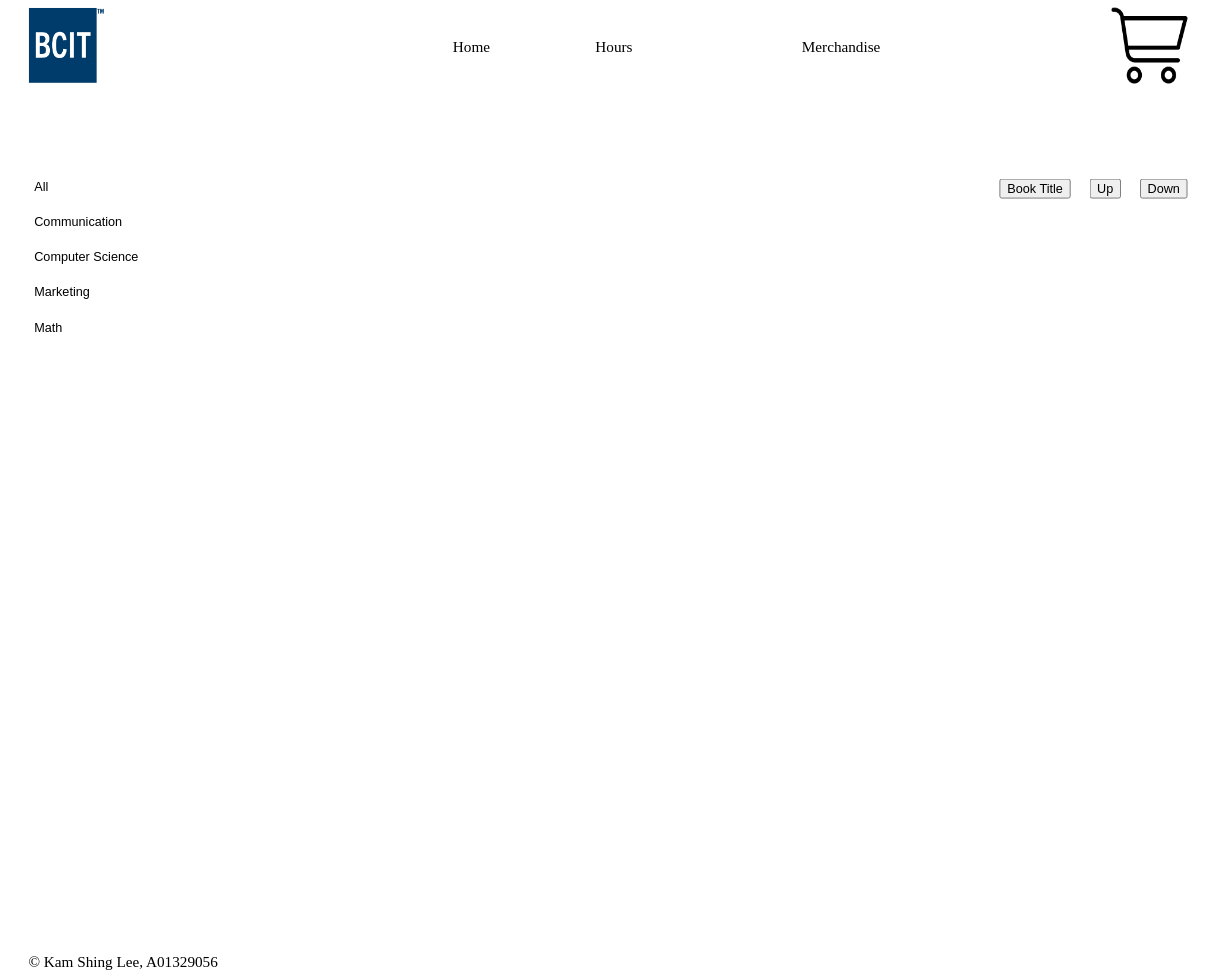
Repository: klee616/assessment3
Page: /
An editor plug-in stored every save of this project. The page is shown before and after the next save, followed by the edit.
The browser window is 1280 px wide. The pictures show the whole page, at 95% of full size.
The project was rebuilt for these pictures with package versions that can differ from the ones it lists, and the page was loaded fresh each time. The framework's server and built-in components were replaced by stand-ins that run in the browser. Also part of the build but not shown: next.config.mjs, components/Product/Product.module.css, components/Product/index.js.

Above is the page before, as saved 2024-02-07 17:20:26.

### pages/index.js
import Head from "next/head";
import { Inter } from "next/font/google";
import styles from "@/styles/Home.module.css";
import layout from "@/styles/layout.module.css"
import Header from "@/components/Header";
import Footer from "@/components/Footer";
import Button from "@/components/Button";
import { useState } from "react";
import books from "@/data/books.json"
import Product from "@/components/Product";


const inter = Inter({ subsets: ["latin"] });

export default function Home() {
  const [data, setItem] = useState([...books]);

  const [cate, setCate] = useState("");

  let categorys = data.map(product => product.category);

  categorys = categorys.filter((value, index) => categorys.indexOf(value) === index);
  categorys.sort();

  console.log();


return (
  <>
    <Head>
      <title>BCIT Book Store</title>
      <meta name="description" content="All online pick-up orders are available at the Burnaby Campus Bookstore (SE2). Please allow 2-3 business days for order processing." />
      <meta name="viewport" content="width=device-width, initial-scale=1" />
      <link rel="icon" href="/favicon.ico" />
    </Head>

    <Header />
    <main className={`${styles.main} ${inter.className}`}>
      <div className={`${layout['row']}`}>
        <div className={`${layout['col-lg-4']} ${layout['col-md-4']} ${layout['col-lg-4']}}`}>
          <div className={styles['aside-containera']}>
            <button  className={styles['aside-btn']} onClick={()=>setCate("all")} >All</button>
            {
              categorys && categorys.map((cate, index) => {
                return (
                  <>
                    <button key={index} className={styles['aside-btn']} onClick={()=>setCate(cate)}>{cate}</button>
                  </>
                )
              })
            }
          </div>
        </div>
        <div className={`${layout['col-lg-8']} ${layout['col-md-8']} ${layout['col-lg-8']}}`}>
          <div className={styles['main-content-containera']}>
            <div className={styles['top-menu']}>
              <Button name="Book Title" />
              <Button name="Up" />
              <Button name="Down" />
            </div>
            {
              data && data.filter((product) => (product.category == cate || cate == "all")).map((product, index) => {
                  return (
                    <>
                      <Product
                        index={index}
                        code={product.course}
                        img={product.image}
                        bookName={product.title}
                      />
                    </>
                  )
              })
            }
          </div>
        </div>
      </div>
    </main>
    <Footer />
  </>
);
}

### styles/globals.css
:root {
  --background-color: #fff;
  --highlight: #FFF400;
  --blue: #003C71;
  --white-text: #fff;
  --product-background: rgb(245, 245, 245);
}

a{
  color: inherit;
  text-decoration: none;
}

### styles/Home.module.css
.main {
  display: flex;
  flex-direction: column;
  justify-content: space-between;
  align-items: center;
  padding: 6rem;
  min-height: 100vh;
}

.aside-containera {
  display: flex;
  flex-direction: column;
  flex-wrap: nowrap;
  row-gap: 20px;
}

.main-content-containera {
  display: flex;
  flex-direction: row;
  flex-wrap: wrap;
  gap: 20px;
}

.top-menu {
  display: flex;
  flex-direction: row;
  flex-wrap: nowrap;
  justify-content: right;
  column-gap: 20px;
  width: 100%;

}
.aside-btn{
cursor: pointer;
  text-align: left;
  border: none;
  background: none;
}

.aside-btn:hover{
  text-decoration: underline;
}

### styles/layout.module.css

.row {
    display: flex;
    flex-direction: row;
    flex-wrap: wrap;
    justify-content: left;
    align-items: stretch;
  }

  .col-lg-12, .col-md-12, .col-sm-12{
      flex: 0 0 12;
      width: calc(100% / 12 * 12);
  }

  .col-lg-11, .col-md-11, .col-sm-11{
      flex: 0 0 11;
      width: calc(100% / 12 * 11);
  }

  .col-lg-10, .col-md-10, .col-sm-10{
      flex: 0 0 10;
      width: calc(100% / 12 * 10);
  }

  .col-lg-9, .col-md-9, .col-sm-9{
      flex: 0 0 9;
      width: calc(100% / 12 * 9);
  }

  .col-lg-8, .col-md-8, .col-sm-8{
      flex: 0 0 8;
      width: calc(100% / 12 * 8);
  }

  .col-lg-7, .col-md-7, .col-sm-7{
      flex: 0 0 7;
      width: calc(100% / 12 * 7);
  }

  .col-lg-6, .col-md-6, .col-sm-6{
      flex: 0 0 6;
      width: calc(100% / 12 * 6);
  }

  .col-lg-5, .col-md-5, .col-sm-5{
      flex: 0 0 5;
      width: calc(100% / 12 * 5);
  }

  .col-lg-4, .col-md-4, .col-sm-4{
      flex: 0 0 4;
      width: calc(100% / 12 * 4);
  }

  .col-lg-3, .col-md-3, .col-sm-3{
      flex: 0 0 3;
      width: calc(100% / 12 * 3);
  }

  .col-lg-2, .col-md-2, .col-sm-2{
      flex: 0 0 2;
      width: calc(100% / 12 * 2);
  }

  .col-lg-1, .col-md-1, .col-sm-1{
      flex: 0 0 1;
      width: calc(100% / 12 * 1);
  }

  .text-align-right{
    text-align: right;
  }

  @media (min-width: 1221px ) {
    /* lg*/

    .row {
      max-width: 1220px;
      width: 100vw;
    }

    .row-wider{
      width: 992px;
    }


    .col-lg-12 {
      flex: 0 0 12;
      width: calc(100% / 12 * 12);
    }

    .col-lg-11 {
      flex: 0 0 11;
      width: calc(100% / 12 * 12);
    }

    .col-lg-10 {
      flex: 0 0 10;
      width: calc(100% / 12 * 10);
    }

    .col-lg-9 {
      flex: 0 0 9;
      width: calc(100% / 12 * 9);
    }

    .col-lg-8 {
      flex: 0 0 8;
      width: calc(100% / 12 * 8);
    }

    .col-lg-7 {
      flex: 0 0 7;
      width: calc(100% / 12 * 7);
    }

    .col-lg-6 {
      flex: 0 0 6;
      width: calc(100% / 12 * 6);
    }

    .col-lg-5 {
      flex: 0 0 5;
      width: calc(100% / 12 * 5);
    }

    .col-lg-4 {
      flex: 0 0 4;
      width: calc(100% / 12 * 4);
    }

    .col-lg-3 {
      flex: 0 0 3;
      width: calc(100% / 12 * 3);
    }

    .col-lg-2 {
      flex: 0 0 2;
      width: calc(100% / 12 * 2);
    }

    .col-lg-1 {
      flex: 0 0 1;
      width: calc(100% / 12 * 1);
    }

    .lg-hidden{
      display: none;;
    }
  }


  @media (max-width:1220px) and (min-width:701px) {
    /* md*/

    .row {
        max-width: 1440px;
        width: 100vw;

    }



    .col-md-12 {
      flex: 0 0 12;
      width: calc(100% / 12 * 12);
    }

    .col-md-11 {
      flex: 0 0 11;
      width: calc(100% / 12 * 12);
    }

    .col-md-10 {
      flex: 0 0 10;
      width: calc(100% / 12 * 10);
    }

    .col-md-9 {
      flex: 0 0 9;
      width: calc(100% / 12 * 9);
    }

    .col-md-8 {
      flex: 0 0 8;
      width: calc(100% / 12 * 8);
    }

    .col-md-7 {
      flex: 0 0 7;
      width: calc(100% / 12 * 7);
    }

    .col-md-6 {
      flex: 0 0 6;
      width: calc(100% / 12 * 6);
    }

    .col-md-5 {
      flex: 0 0 5;
      width: calc(100% / 12 * 5);
    }

    .col-md-4 {
      flex: 0 0 4;
      width: calc(100% / 12 * 4);
    }

    .col-md-3 {
      flex: 0 0 3;
      width: calc(100% / 12 * 3);
    }

    .col-md-2 {
      flex: 0 0 2;
      width: calc(100% / 12 * 2);
    }

    .col-md-1 {
      flex: 0 0 1;
      width: calc(100% / 12 * 1);
    }


    .md-hidden{
      display: none;;
    }
  }


  @media (max-width:700px) {
    /* sm*/

    .row {
        max-width: 640;
        width: 100vw;

    }


    .col-sm-12 {
      flex: 0 0 12;
      width: calc(100% / 12 * 12);
    }

    .col-sm-11 {
      flex: 0 0 11;
      width: calc(100% / 12 * 12);
    }

    .col-sm-10 {
      flex: 0 0 10;
      width: calc(100% / 12 * 10);
    }

    .col-sm-9 {
      flex: 0 0 9;
      width: calc(100% / 12 * 9);
    }

    .col-sm-8 {
      flex: 0 0 8;
      width: calc(100% / 12 * 8);
    }

    .col-sm-7 {
      flex: 0 0 7;
      width: calc(100% / 12 * 7);
    }

    .col-sm-6 {
      flex: 0 0 6;
      width: calc(100% / 12 * 6);
    }

    .col-sm-5 {
      flex: 0 0 5;
      width: calc(100% / 12 * 5);
    }

    .col-sm-4 {
      flex: 0 0 4;
      width: calc(100% / 12 * 4);
    }

    .col-sm-3 {
      flex: 0 0 3;
      width: calc(100% / 12 * 3);
    }

    .col-sm-2 {
      flex: 0 0 2;
      width: calc(100% / 12 * 2);
    }

    .col-sm-1 {
      flex: 0 0 1;
      width: calc(100% / 12 * 1);
    }

    .sm-hidden{
      display: none;
    }
  }

### components/Header/index.js
import styles from './Header.module.css'
import layout from '@/styles/Layout.module.css'
import Image from 'next/image'
import Link from 'next/link'

export default function Header() {
    return (
        <>
            <header className={`${styles['page-header']}`}>
                <div className={`${layout.row}`}>
                    <div className={`${layout['col-lg-4']} ${layout['col-md-4']} ${layout['col-sm-4']}`}>
                        <Image
                            src="/images/bcit_logo.png"
                            width={80}
                            alt='Logo'
                            height={80} />
                    </div>
                    <div className={`${layout['col-lg-8']} ${layout['col-md-8']} ${layout['col-sm-8']}`}>
                        <div className={styles['menu-container']}>
                            <ul className={styles['menu-list']}>
                                <li className={styles['menu-item']}>
                                    <Link href='/'>Home</Link>
                                </li>
                                <li className={styles['menu-item']}>
                                    <Link href='/'>Hours</Link>
                                </li>
                                <li className={styles['menu-item']}>
                                    <Link href='/'>Merchandise</Link>
                                </li>
                            </ul>

                            <Link href='/'>
                                <Image
                                    src="/images/shopping.png"
                                    width={80}
                                    height={80}
                                    alt="Shopping Icon"/>
                            </Link>
                        </div>
                    </div>
                </div>
            </header>
        </>
    )
}

### components/Footer/index.js
import styles from './Footer.module.css'
import layout from '@/styles/Layout.module.css'

export default function Footer(){
    return (
        <>
        <footer className={styles['page-footer']}>
            <div className={`${layout['row']}`}>
<div className={`${layout['col-lg-12']} ${layout['col-md-12']} ${layout['col-sm-12']}`}>
    &copy; Kam Shing Lee, A01329056
</div>
</div>
        </footer>
        </>
    )
}

### components/Button/index.js
import styles from './Button.module.css'

export default function Button(
   { name='Button'}
){
    return (
        <>
        <button>{name}</button>
        </>
    )
}

### data/books.json
[
    {
        "course": "MKTG 1102",
        "title": "Marketing: The Core",
        "authors": [
            "Roger Kerin",
            "Steven Hartley",
            "Arsenio Bonifacio",
            "Donna Dumont",
            "Carol Bureau"
        ],
        "edition": 6,
        "image": "marketing-the-core.jpg",
        "category": "Marketing"
    },
    {
        "course": "COMM 1120",
        "title": "Business Communication Essentials",
        "authors": [
            "Courtland Bovee",
            "John Thill"
        ],
        "edition": 5,
        "image": "business-communication-essentials.jpg",
        "category": "Communication"
    },
    {
        "course": "COMM 2003",
        "title": "The Bare Essentials",
        "authors": [
            "Sarah Norton",
            "Brian Green",
            "Greg Holditch"
        ],
        "edition": 10,
        "image": "the-bare-essentials.jpg",
        "category": "Communication"
    },
    {
        "course": "COMP 2121",
        "title": "Discrete Mathematics",
        "authors": [
            "Susanna Epp"
        ],
        "edition": 5,
        "image": "discrete-mathematics-with-applications.jpg",
        "category": "Math"
    },
    {
        "course": "COMP 2511",
        "title": "C How to Program",
        "authors": [
            "Paul Deitel",
            "Harvey Deitel"
        ],
        "edition": 9,
        "image": "c-how-to-program.png",
        "category": "Computer Science"
    },
    {
        "course": "MKTG 3304",
        "title": "International Marketing",
        "authors": [
            "Philip Cateora",
            "Bruce Money",
            "Mary Gilly",
            "John Graham"
        ],
        "edition": 19,
        "image": "international-marketing.jpg",
        "category": "Marketing"
    },
    {
        "course": "COMP 3603",
        "title": "C++: How To Program",
        "authors": [
            "Paul Deitel",
            "Harvey Deitel"
        ],
        "edition": 10,
        "image": "How-to-program.png",
        "category": "Computer Science"
    },
    {
        "course": "COMP 4985",
        "title": "Windows System Programming",
        "authors": [
            "Johnson Hart"
        ],
        "edition": 4,
        "image": "windows-system-programming.jpg",
        "category": "Computer Science"
    },
    {
        "course": "COMM 7005",
        "title": "Computer Networking",
        "authors": [
            "James Kurose",
            "Keith Ross"
        ],
        "edition": 8,
        "image": "computer-networking.jpg",
        "category": "Computer Science"
    }
]

### components/Header/Header.module.css
.page-header{
    display: flex;
    flex-direction: column;
    flex-wrap: nowrap;
    align-items: center;
    justify-content: center;
  }

.menu-container{
    display: flex;
    flex-direction: row;
    flex-wrap: nowrap;
    align-content: center;
    justify-content:space-between;
    align-items: center;
}

.menu-list{
    display: flex;
    flex-direction: row;
    flex-wrap: nowrap;
    align-content: center;
    justify-content:space-around;
    align-items: center;
    list-style: none;
}

.menu-list .menu-item{
    width: 150px;
    text-align: left;
}
.menu-list .menu-item:nth-last-child(1){
    text-align: right;
}
.menu-item a{
display: block;
width: 100%;
}

### styles/Layout.module.css

.row {
    display: flex;
    flex-direction: row;
    flex-wrap: wrap;
    justify-content: left;
    align-items: stretch;
  }

  .col-lg-12, .col-md-12, .col-sm-12{
      flex: 0 0 12;
      width: calc(100% / 12 * 12);
  }

  .col-lg-11, .col-md-11, .col-sm-11{
      flex: 0 0 11;
      width: calc(100% / 12 * 11);
  }

  .col-lg-10, .col-md-10, .col-sm-10{
      flex: 0 0 10;
      width: calc(100% / 12 * 10);
  }

  .col-lg-9, .col-md-9, .col-sm-9{
      flex: 0 0 9;
      width: calc(100% / 12 * 9);
  }

  .col-lg-8, .col-md-8, .col-sm-8{
      flex: 0 0 8;
      width: calc(100% / 12 * 8);
  }

  .col-lg-7, .col-md-7, .col-sm-7{
      flex: 0 0 7;
      width: calc(100% / 12 * 7);
  }

  .col-lg-6, .col-md-6, .col-sm-6{
      flex: 0 0 6;
      width: calc(100% / 12 * 6);
  }

  .col-lg-5, .col-md-5, .col-sm-5{
      flex: 0 0 5;
      width: calc(100% / 12 * 5);
  }

  .col-lg-4, .col-md-4, .col-sm-4{
      flex: 0 0 4;
      width: calc(100% / 12 * 4);
  }

  .col-lg-3, .col-md-3, .col-sm-3{
      flex: 0 0 3;
      width: calc(100% / 12 * 3);
  }

  .col-lg-2, .col-md-2, .col-sm-2{
      flex: 0 0 2;
      width: calc(100% / 12 * 2);
  }

  .col-lg-1, .col-md-1, .col-sm-1{
      flex: 0 0 1;
      width: calc(100% / 12 * 1);
  }

  .text-align-right{
    text-align: right;
  }

  @media (min-width: 1221px ) {
    /* lg*/

    .row {
      max-width: 1220px;
      width: 100vw;
    }

    .row-wider{
      width: 992px;
    }


    .col-lg-12 {
      flex: 0 0 12;
      width: calc(100% / 12 * 12);
    }

    .col-lg-11 {
      flex: 0 0 11;
      width: calc(100% / 12 * 12);
    }

    .col-lg-10 {
      flex: 0 0 10;
      width: calc(100% / 12 * 10);
    }

    .col-lg-9 {
      flex: 0 0 9;
      width: calc(100% / 12 * 9);
    }

    .col-lg-8 {
      flex: 0 0 8;
      width: calc(100% / 12 * 8);
    }

    .col-lg-7 {
      flex: 0 0 7;
      width: calc(100% / 12 * 7);
    }

    .col-lg-6 {
      flex: 0 0 6;
      width: calc(100% / 12 * 6);
    }

    .col-lg-5 {
      flex: 0 0 5;
      width: calc(100% / 12 * 5);
    }

    .col-lg-4 {
      flex: 0 0 4;
      width: calc(100% / 12 * 4);
    }

    .col-lg-3 {
      flex: 0 0 3;
      width: calc(100% / 12 * 3);
    }

    .col-lg-2 {
      flex: 0 0 2;
      width: calc(100% / 12 * 2);
    }

    .col-lg-1 {
      flex: 0 0 1;
      width: calc(100% / 12 * 1);
    }

    .lg-hidden{
      display: none;;
    }
  }


  @media (max-width:1220px) and (min-width:701px) {
    /* md*/

    .row {
        max-width: 1440px;
        width: 100vw;

    }



    .col-md-12 {
      flex: 0 0 12;
      width: calc(100% / 12 * 12);
    }

    .col-md-11 {
      flex: 0 0 11;
      width: calc(100% / 12 * 12);
    }

    .col-md-10 {
      flex: 0 0 10;
      width: calc(100% / 12 * 10);
    }

    .col-md-9 {
      flex: 0 0 9;
      width: calc(100% / 12 * 9);
    }

    .col-md-8 {
      flex: 0 0 8;
      width: calc(100% / 12 * 8);
    }

    .col-md-7 {
      flex: 0 0 7;
      width: calc(100% / 12 * 7);
    }

    .col-md-6 {
      flex: 0 0 6;
      width: calc(100% / 12 * 6);
    }

    .col-md-5 {
      flex: 0 0 5;
      width: calc(100% / 12 * 5);
    }

    .col-md-4 {
      flex: 0 0 4;
      width: calc(100% / 12 * 4);
    }

    .col-md-3 {
      flex: 0 0 3;
      width: calc(100% / 12 * 3);
    }

    .col-md-2 {
      flex: 0 0 2;
      width: calc(100% / 12 * 2);
    }

    .col-md-1 {
      flex: 0 0 1;
      width: calc(100% / 12 * 1);
    }


    .md-hidden{
      display: none;;
    }
  }


  @media (max-width:700px) {
    /* sm*/

    .row {
        max-width: 640;
        width: 100vw;

    }


    .col-sm-12 {
      flex: 0 0 12;
      width: calc(100% / 12 * 12);
    }

    .col-sm-11 {
      flex: 0 0 11;
      width: calc(100% / 12 * 12);
    }

    .col-sm-10 {
      flex: 0 0 10;
      width: calc(100% / 12 * 10);
    }

    .col-sm-9 {
      flex: 0 0 9;
      width: calc(100% / 12 * 9);
    }

    .col-sm-8 {
      flex: 0 0 8;
      width: calc(100% / 12 * 8);
    }

    .col-sm-7 {
      flex: 0 0 7;
      width: calc(100% / 12 * 7);
    }

    .col-sm-6 {
      flex: 0 0 6;
      width: calc(100% / 12 * 6);
    }

    .col-sm-5 {
      flex: 0 0 5;
      width: calc(100% / 12 * 5);
    }

    .col-sm-4 {
      flex: 0 0 4;
      width: calc(100% / 12 * 4);
    }

    .col-sm-3 {
      flex: 0 0 3;
      width: calc(100% / 12 * 3);
    }

    .col-sm-2 {
      flex: 0 0 2;
      width: calc(100% / 12 * 2);
    }

    .col-sm-1 {
      flex: 0 0 1;
      width: calc(100% / 12 * 1);
    }

    .sm-hidden{
      display: none;
    }
  }

### components/Footer/Footer.module.css
.page-footer{
    display: flex;
    flex-direction: column;
    flex-wrap: nowrap;
    align-items: center;
    justify-content: center;
}

Loaded but not shown: pages/_app.js (common file); pages/_document.js (common file); components/Button/Button.module.css (no stored copy; drawn as an empty file)

After the next save:
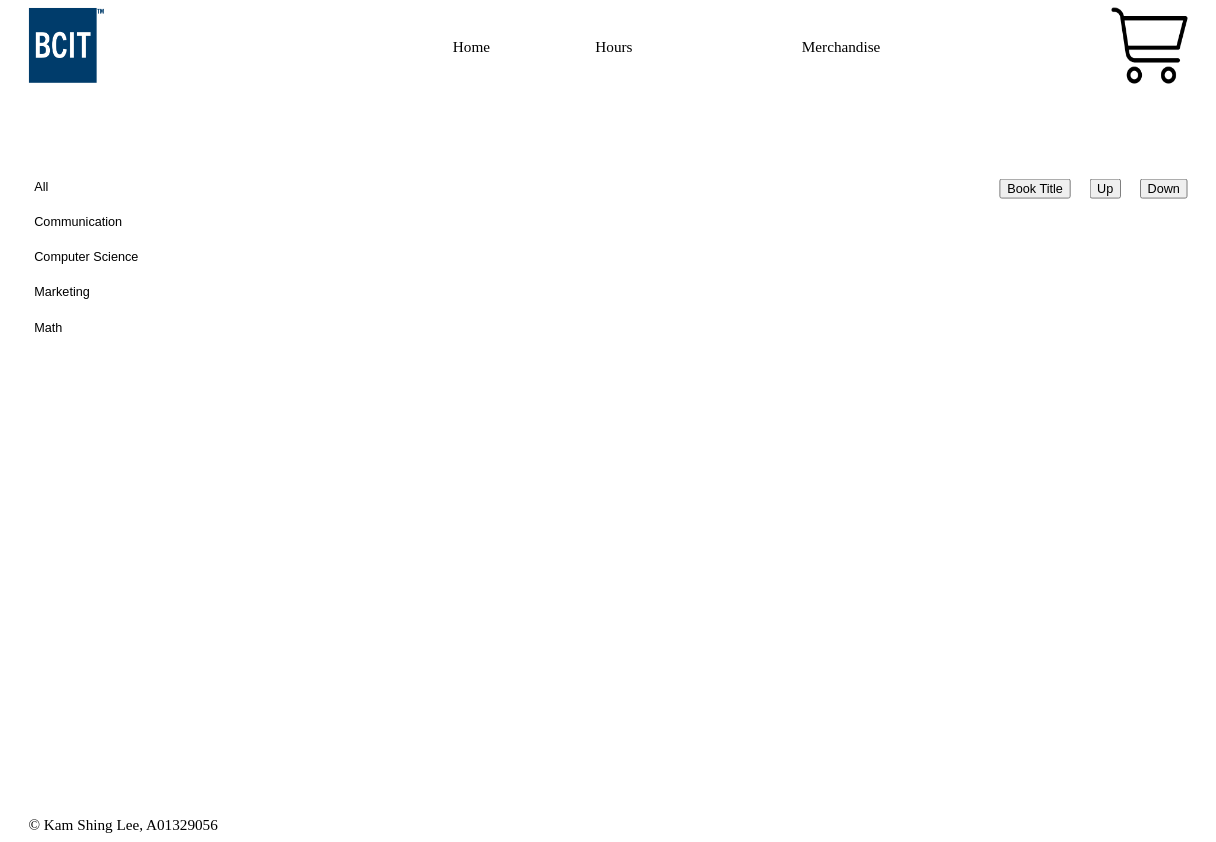
Saved 25 s later.
--- a/styles/Home.module.css
+++ b/styles/Home.module.css
@@ -4,7 +4,7 @@
   justify-content: space-between;
   align-items: center;
   padding: 6rem;
-  min-height: 100vh;
+  min-height: 80vh;
 }
 
 .aside-containera {
